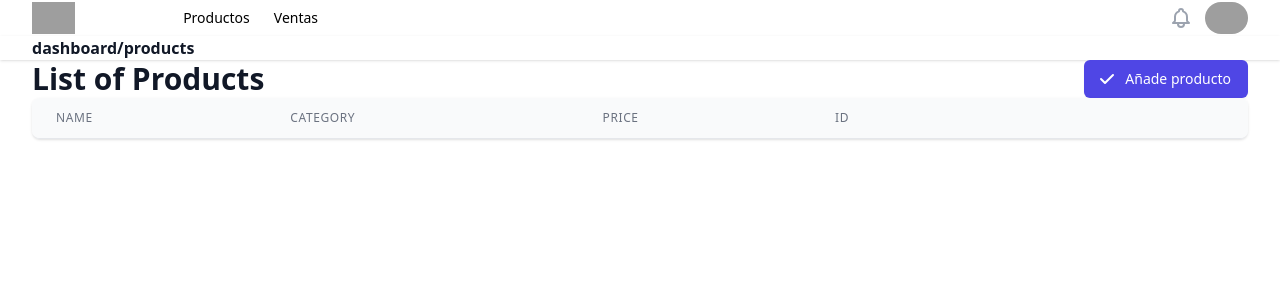
Repository: pvelosa/next-dashboard
Page: /dashboard/products
An editor plug-in stored every save of this project. The page is shown before and after the next save, followed by the edit.
The browser window is 1280 px wide. The pictures show the whole page.
Pictures or frames that could not be fetched are drawn as grey boxes. The page's requests for data from a server got no answer. The project was rebuilt for these pictures with package versions that can differ from the ones it lists, and the page was loaded fresh each time. The framework's server and built-in components were replaced by stand-ins that run in the browser. No one was signed in, and anything a server would have sent is missing. Also part of the build but not shown: next.config.js, services/api/products.js, components/FormProduct.js.

Above is the page before, as saved 2022-06-03 07:06:35.

After the next save:
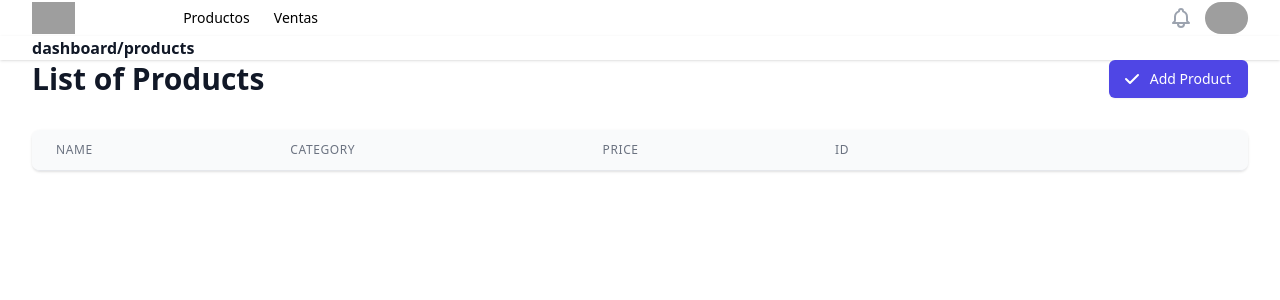
Saved 88 s later.
--- a/pages/dashboard/products.js
+++ b/pages/dashboard/products.js
@@ -6,51 +6,48 @@ import FormProduct from "../../components/FormProduct";
 import endPoints from "../../services/api";
 import {CheckIcon} from '@heroicons/react/solid'
 import axios from "axios";
+import useAlert from "../../hooks/useAlert";
+import Alert from "../../common/Alert";
 
+export default function Products() {
+  const [open, setOpen] = useState(false);
+  const [products, setProducts] = useState([]);
+  const { alert, setAlert, toggleAlert } = useAlert();
 
-export default function Product() {
-  const [products, setProducts] = useState([]);
-  const [open, setOpen] = useState(false);
-
-  useEffect(() =>{
-    async function  getProducts(){
+  useEffect(() => {
+    async function getProducts() {
       const response = await axios.get(endPoints.products.allProducts);
-      setProducts(response.data)
+      setProducts(response.data);
     }
-    try{
+    try {
       getProducts();
-    }catch(error){
-      console.log(error)
+    } catch (error) {
+      console.log(error);
     }
-
-  }, []);
+  }, [alert]);
 
   return (
     <>
-      <div className="lg:flex lg:items-center lg:justify-between">
-      <div className="flex-1 min-w-0">
-        <h2 className="text-2xl font-bold leading-7 text-gray-900 sm:text-3xl sm:truncate">List of Products</h2>
+      <Alert alert={alert} handleClose={toggleAlert} />
+      <div className="lg:flex lg:items-center lg:justify-between mb-8">
+        <div className="flex-1 min-w-0">
+          <h2 className="text-2xl font-bold leading-7 text-gray-900 sm:text-3xl sm:truncate">List of Products</h2>
+        </div>
+        <div className="mt-5 flex lg:mt-0 lg:ml-4">
+          <span className="sm:ml-3">
+            <button
+              type="button"
+              className="inline-flex items-center px-4 py-2 border border-transparent rounded-md shadow-sm text-sm font-medium text-white bg-indigo-600 hover:bg-indigo-700 focus:outline-none focus:ring-2 focus:ring-offset-2 focus:ring-indigo-500"
+              onClick={() => setOpen(true)}
+            >
+              <CheckIcon className="-ml-1 mr-2 h-5 w-5" aria-hidden="true" />
+              Add Product
+            </button>
+          </span>
+        </div>
       </div>
-      <div className="mt-5 flex lg:mt-0 lg:ml-4">
 
-        <span className="sm:ml-3">
-          <button
-            type="button"
-            className="inline-flex items-center px-4 py-2 border border-transparent rounded-md shadow-sm text-sm font-medium text-white bg-indigo-600 hover:bg-indigo-700 focus:outline-none focus:ring-2 focus:ring-offset-2 focus:ring-indigo-500"
-            onClick={() => setOpen(true)}
-            >
-
-            <CheckIcon className="-ml-1 mr-2 h-5 w-5" aria-hidden="true" />
-            Añade producto
-          </button>
-        </span>
-
-
-      </div>
-    </div>
-
-
-    <div className="flex flex-col">
+      <div className="flex flex-col">
         <div className="-my-2 overflow-x-auto sm:-mx-6 lg:-mx-8">
           <div className="py-2 align-middle inline-block min-w-full sm:px-6 lg:px-8">
             <div className="shadow overflow-hidden border-b border-gray-200 sm:rounded-lg">
@@ -114,12 +111,10 @@ export default function Product() {
             </div>
           </div>
         </div>
-
       </div>
-      <Modal open={open} setOpen= {setOpen}>
-          <FormProduct/>
-        </Modal>
-
+      <Modal open={open} setOpen={setOpen}>
+        <FormProduct setOpen={setOpen} setAlert={setAlert} />
+      </Modal>
     </>
   );
 }
